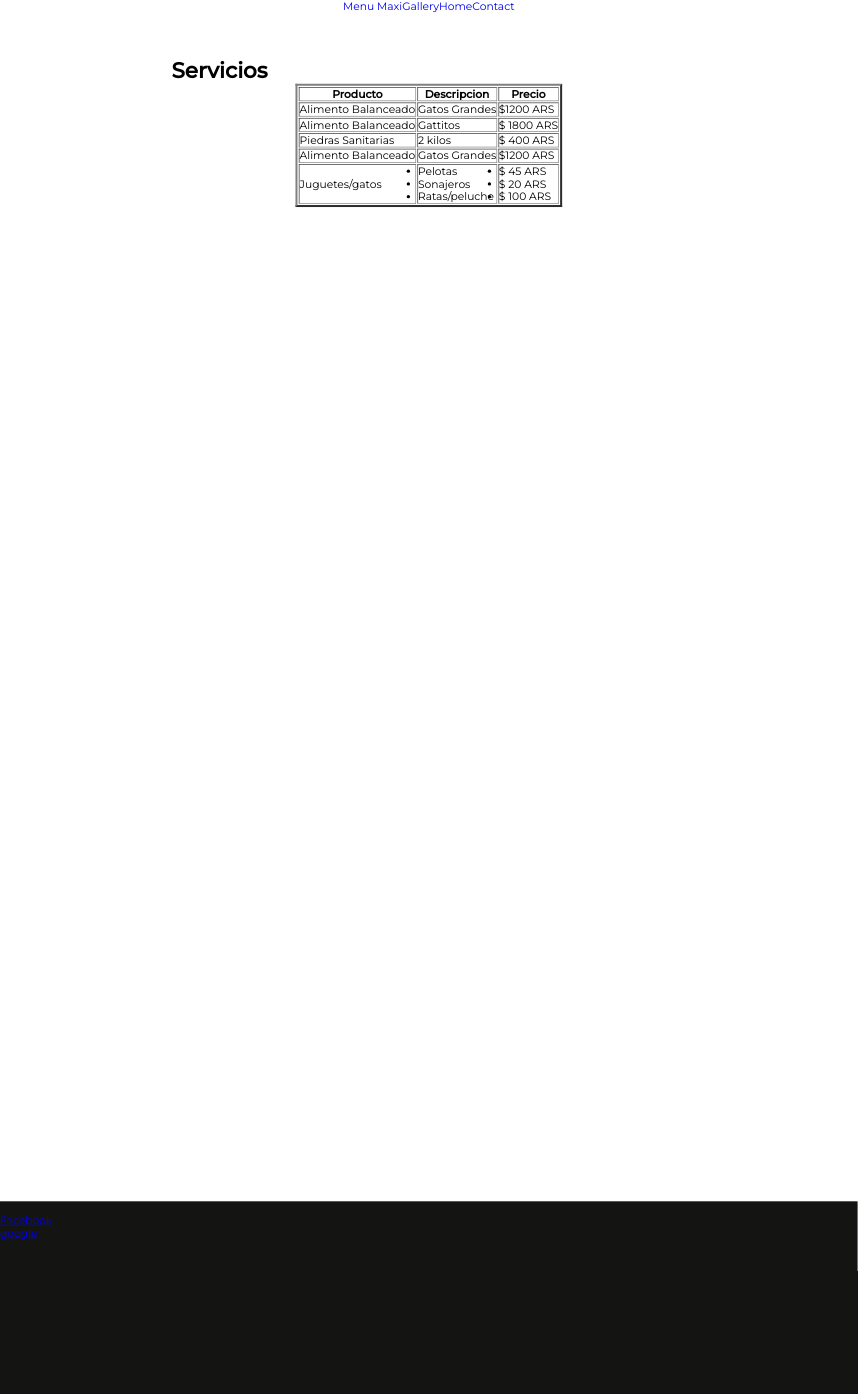
Repository: raul4264/final
Page: Services.html
These files come from the project's save history. The page is drawn as it stood at one moment and after the next save; the edit follows.
The browser window is 1280 px wide. The pictures show the whole page, at 67% of full size.

Above is the page before, as saved 2021-03-18 08:13:55.

After the next save:
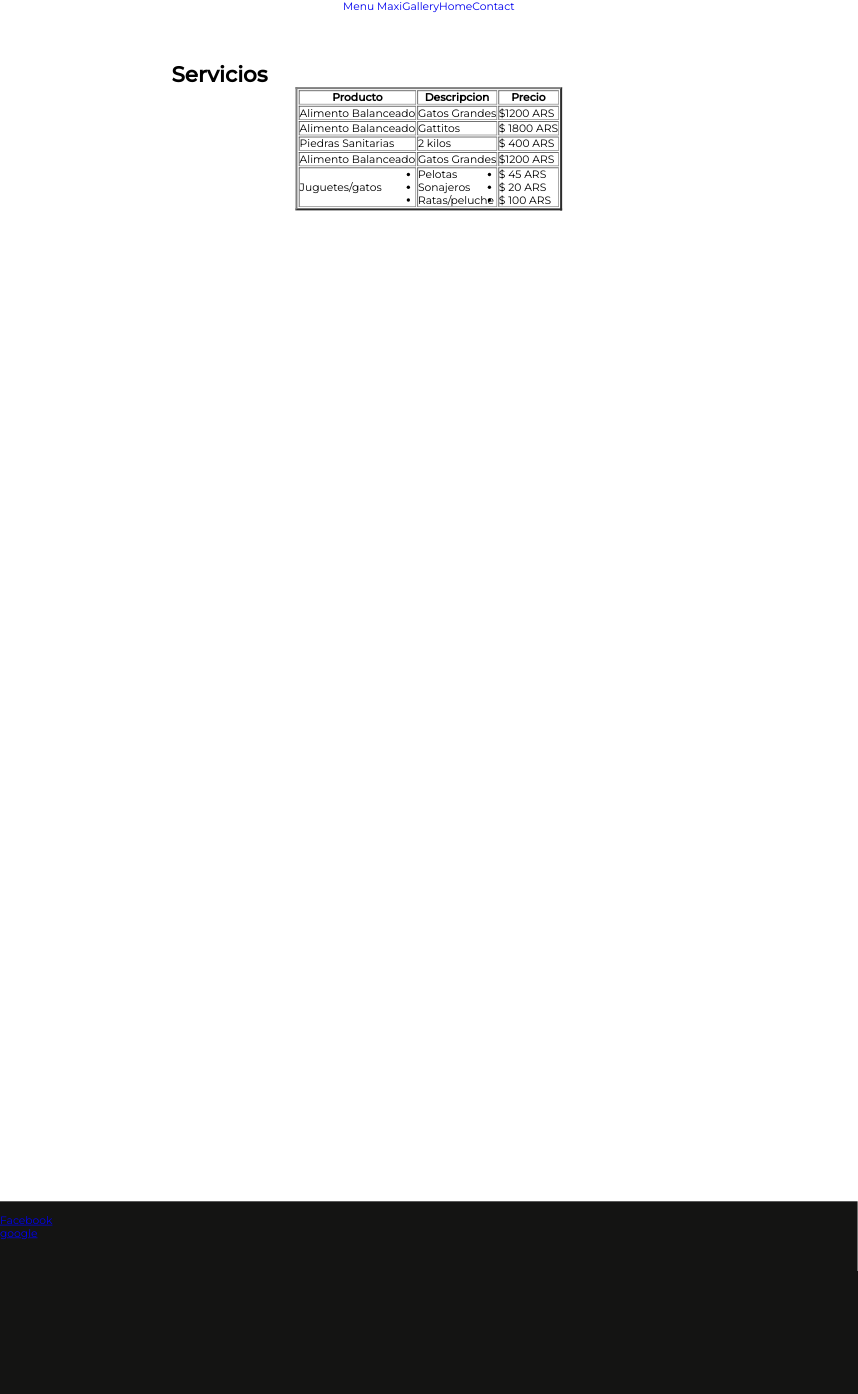
Saved 108 s later.
--- a/css/estilos.css
+++ b/css/estilos.css
@@ -19,7 +19,7 @@ nav {
     justify-content: space-between;
     height: 12vh;
     background-color: #ffffff;
-    align-content: stretch;
+    margin-bottom: 5px;
 }
 
 nav ul {
